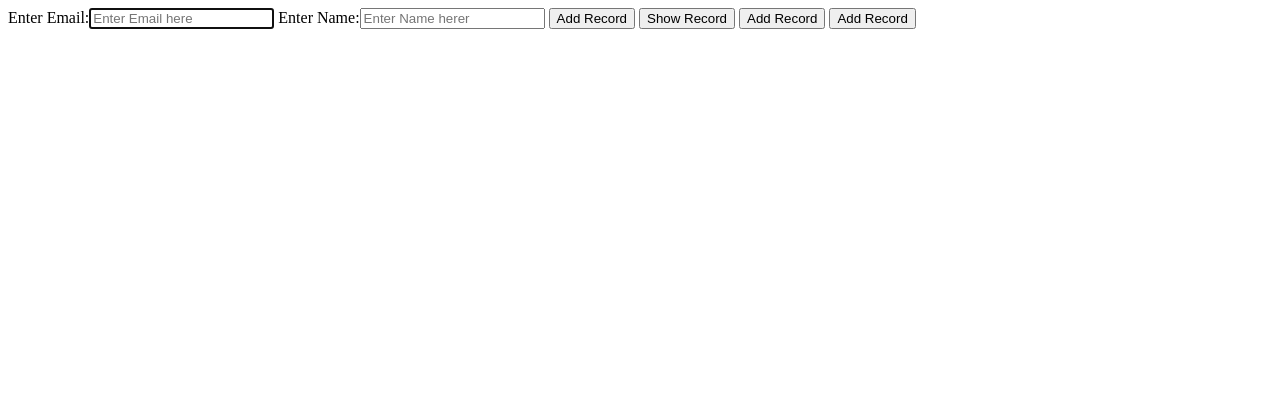
Repository: satvikagrasani/Spring-WorkSpace
Page: http://localhost/Project1/
An editor plug-in stored every save of this project. The page is shown before and after the next save, followed by the edit.
The browser window is 1280 px wide. The pictures show the whole page.
The page is served by Tomcat 9. Other server files are loaded and not shown.

Above is the page before, as saved 2023-08-23 08:56:58.

### SpringMVC/Project/Project1/src/main/webapp/index.jsp
<%@ page language="java" contentType="text/html; charset=ISO-8859-1"
    pageEncoding="ISO-8859-1"%>
<!DOCTYPE html>
<html>
<head>
<meta charset="ISO-8859-1">
<title>Insert title here</title>
</head>
<body>

	<form>
	Enter Email:<input type="email" name="email" placeholder="Enter Email here" autofocus/>
	Enter Name:<input type="text" name="name" placeholder="Enter Name herer"/>

	<input type="submit" value="Add Record" formaction="add"/>
	<input type="submit" value="Show Record" formaction="show"/>
	<input type="submit" value="Add Record" formaction="update"/>
	<input type="submit" value="Add Record" formaction="delete"/>

	</form>

</body>
</html>

After the next save:
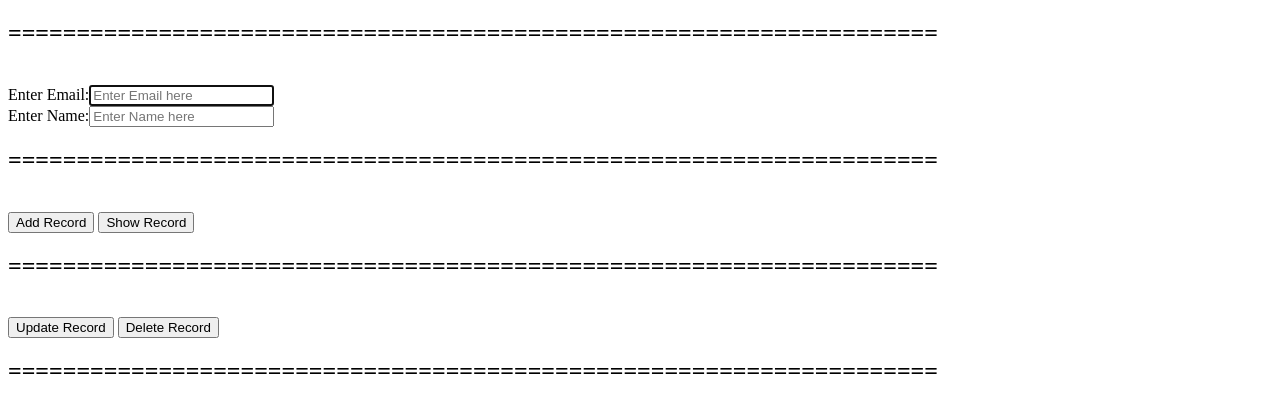
Saved 79 s later.
--- a/SpringMVC/Project/Project1/src/main/webapp/index.jsp
+++ b/SpringMVC/Project/Project1/src/main/webapp/index.jsp
@@ -9,13 +9,17 @@
 <body>
 
 	<form>
-	Enter Email:<input type="email" name="email" placeholder="Enter Email here" autofocus/>
-	Enter Name:<input type="text" name="name" placeholder="Enter Name herer"/>
+	<h2>====================================================================</h2><br>
+	Enter Email:<input type="email" name="email" placeholder="Enter Email here" autofocus/><br>
+	Enter Name:<input type="text" name="name" placeholder="Enter Name here"/><br>
+	<h2>====================================================================</h2><br>
+	<input type="submit" value="Add Record" formaction="add"/>
+	<input type="submit" value="Show Record" formaction="show"/><br>
+	<h2>====================================================================</h2><br>
+	<input type="submit" value="Update Record" formaction="update"/>
+	<input type="submit" value="Delete Record" formaction="delete"/>
+	<h2>====================================================================</h2><br>
 
-	<input type="submit" value="Add Record" formaction="add"/>
-	<input type="submit" value="Show Record" formaction="show"/>
-	<input type="submit" value="Add Record" formaction="update"/>
-	<input type="submit" value="Add Record" formaction="delete"/>
 
 	</form>
 
